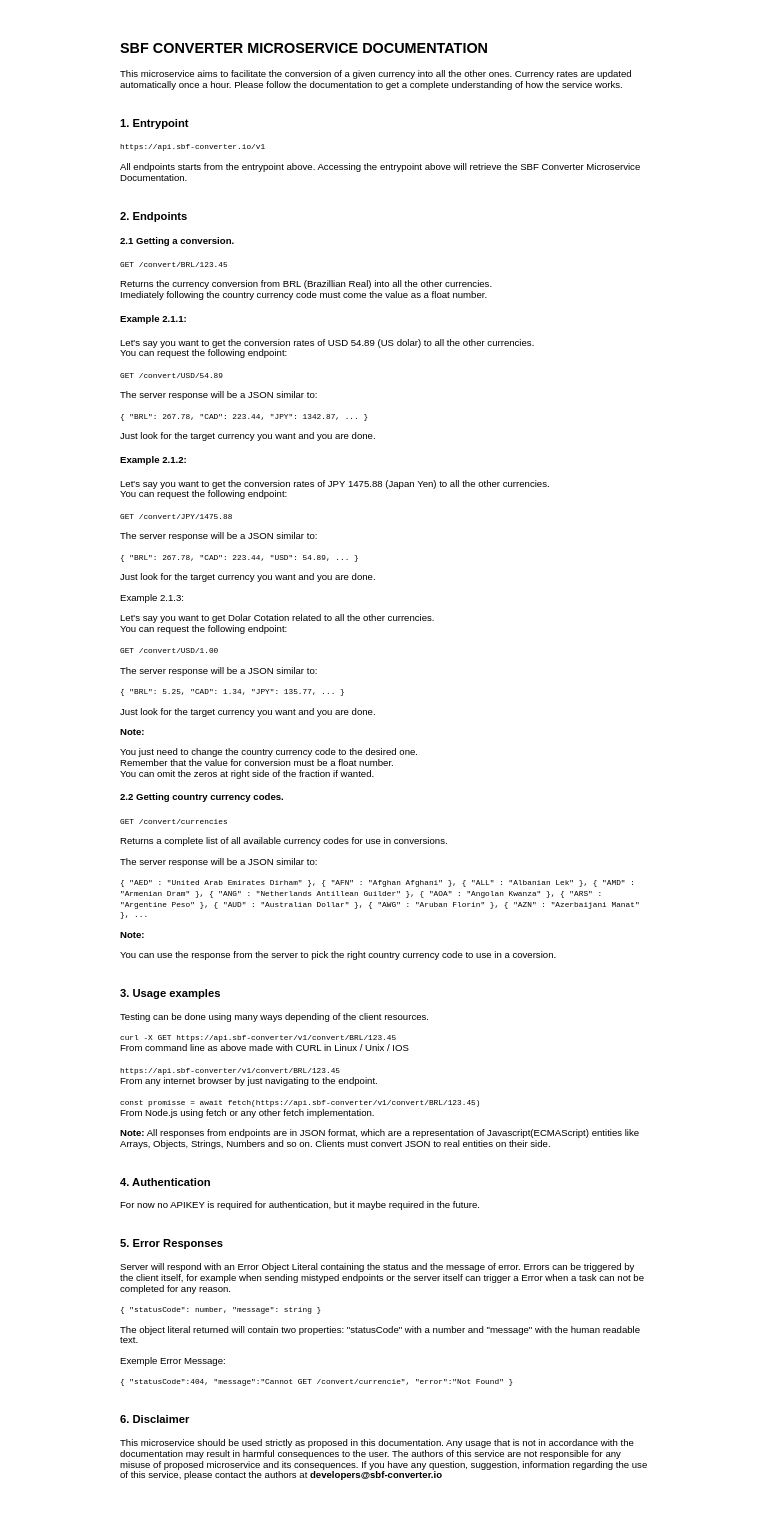
Repository: miguelamello/nestjs-restful-api
Page: documentation.html
These files come from the project's save history. The page is drawn as it stood at one moment and after a run of saves; the edit follows.
The browser window is 1280 px wide. The pictures show the whole page, at 60% of full size.

Above is the page before, as saved 2023-03-23 15:11:55.

After the next 2 saves:
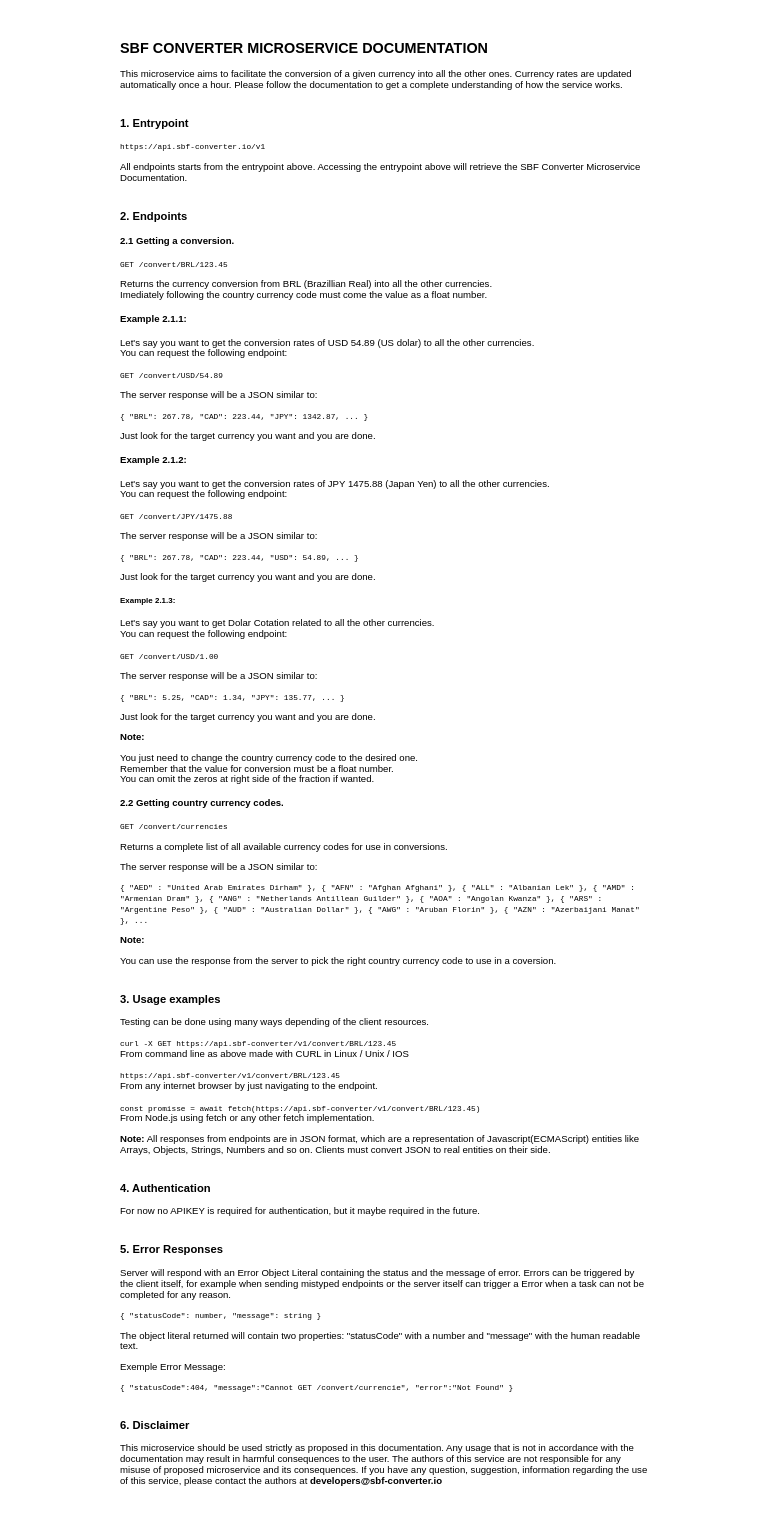
The 2 saves are shown as one change because they came seconds apart.
The last was saved 30 s later.
--- a/documentation.html
+++ b/documentation.html
@@ -65,7 +65,7 @@
     <p>Just look for the target currency you want and you are done.</p>
 
     <p>
-      <d>Example 2.1.3:</d>
+      <h5>Example 2.1.3:</h5>
       <div>Let's say you want to get Dolar Cotation related to all the other currencies.</div>
       <div>You can request the following endpoint:</div><br>
       <code>GET /convert/USD/1.00</code>
